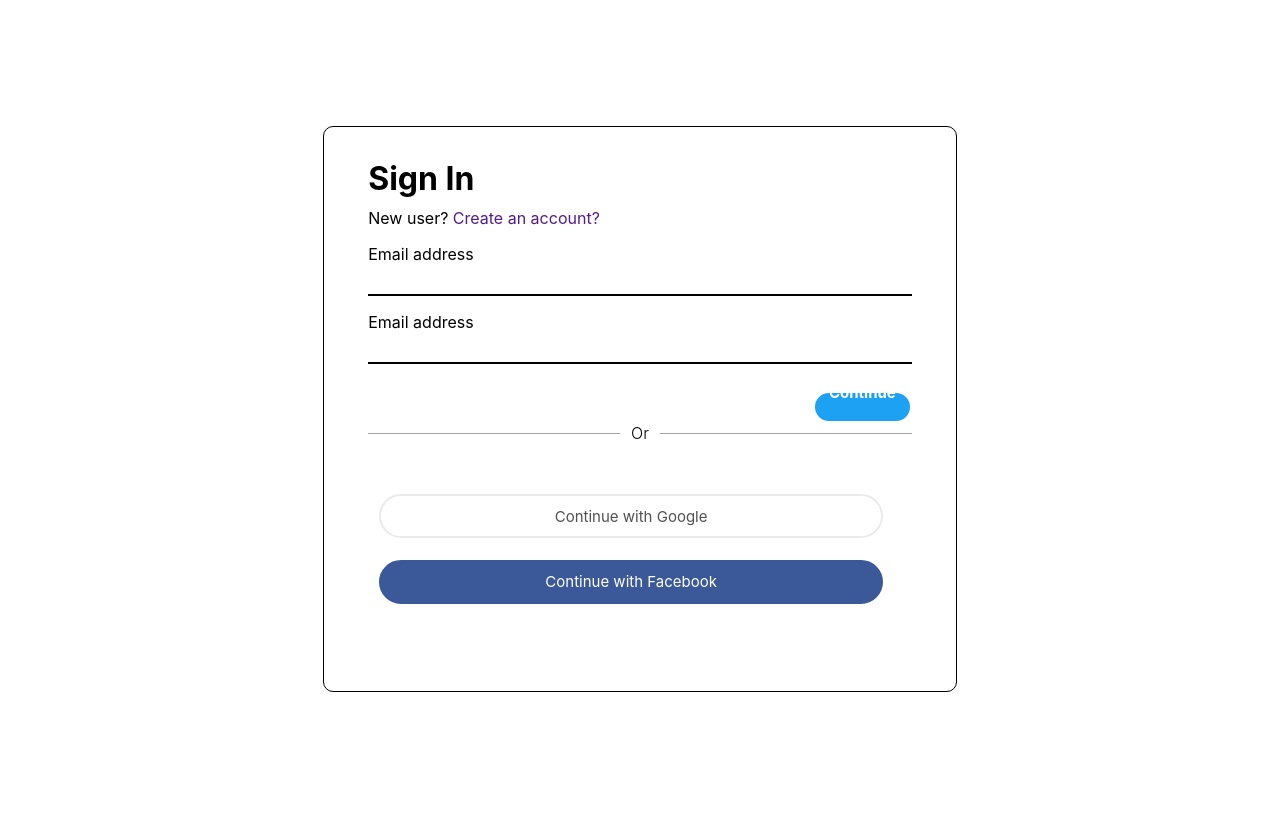
Repository: thangluu93/WereWolf
Page: Template/signIn.html
These files come from the project's save history. The page is drawn as it stood at one moment and after the next save; the edit follows.
The browser window is 1280 px wide. The pictures show the whole page.

Above is the page before, as saved 2020-01-13 14:30:23.

After the next save:
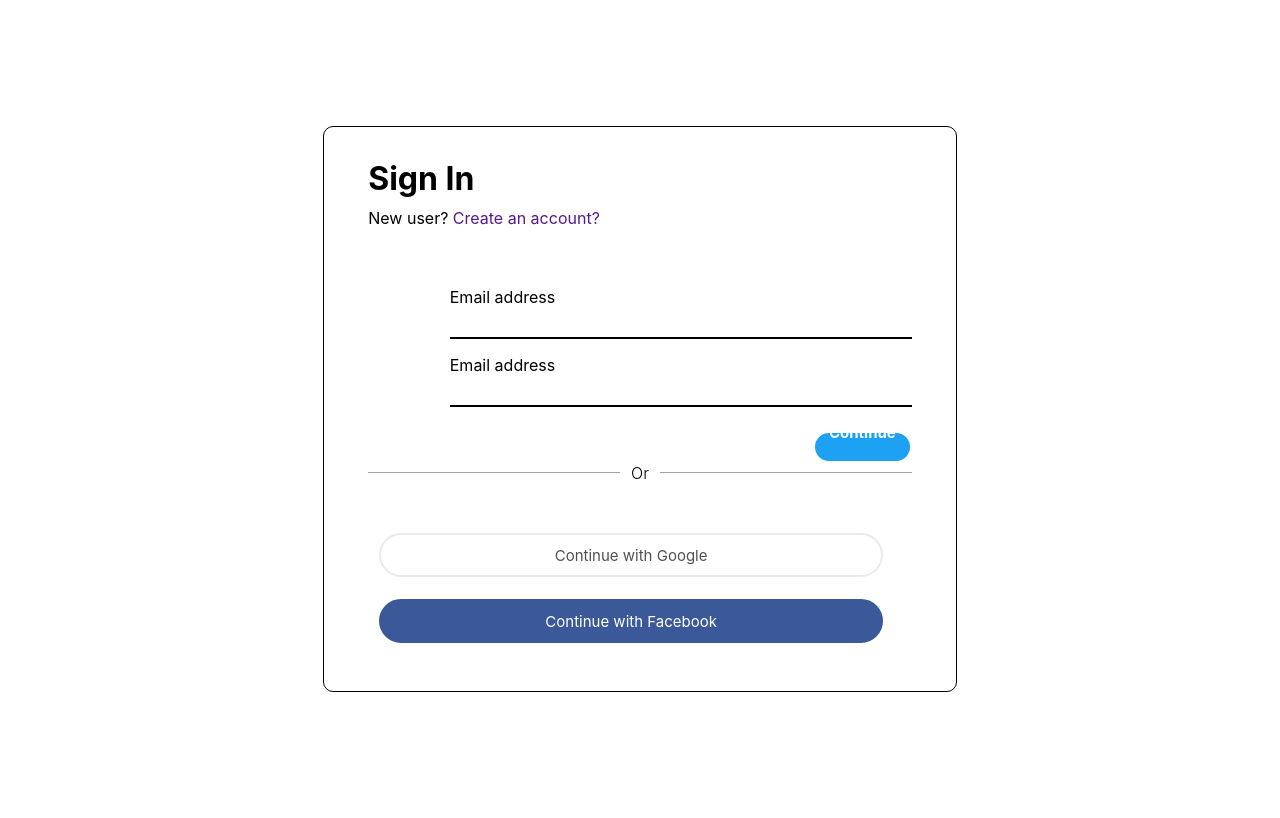
Saved 11 s later.
--- a/Template/signIn.html
+++ b/Template/signIn.html
@@ -14,7 +14,7 @@
                         <h1 class="Heading">Sign In</h1>
                         <p class="subHead">New user? <a href="">Create an account?</a></p>
                     </div>
-                    <div >
+                    <div class="fieldLayout">
                         <div class="fieldContainer" >
                             <div >
                                 <p style="margin-bottom: 0;"> Email address </p>
